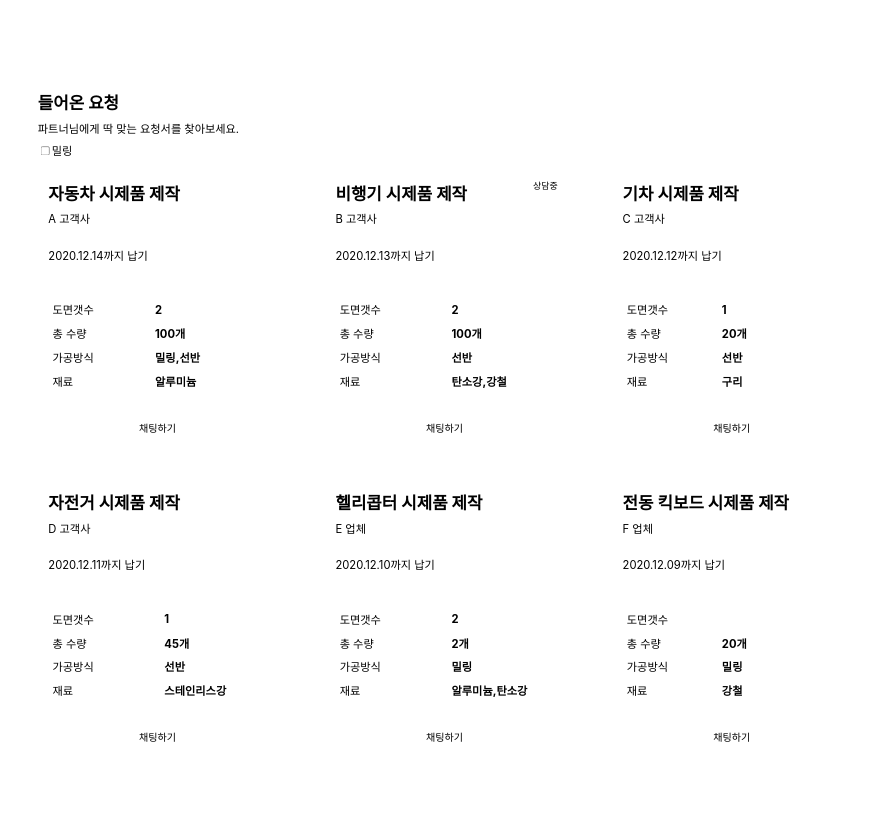
Repository: seoulsaram/capa
Page: /
These files come from the project's save history. The page is drawn as it stood at one moment and after a run of saves; the edit follows.
The browser window is 1280 px wide. The pictures show the part of the page from y = 0 to 1920 px (the page is 1165 px tall before and 2932 px after), at 70% of full size.
The project was rebuilt for these pictures with package versions that can differ from the ones it lists, and the page was loaded fresh each time. Requests to the local data server were answered from the project's data file. Also part of the build but not shown: src/App.css, src/components/filter/filter.module.css.

Above is the page before, as saved 2021-03-06 02:43:20.

After the next 2 saves:
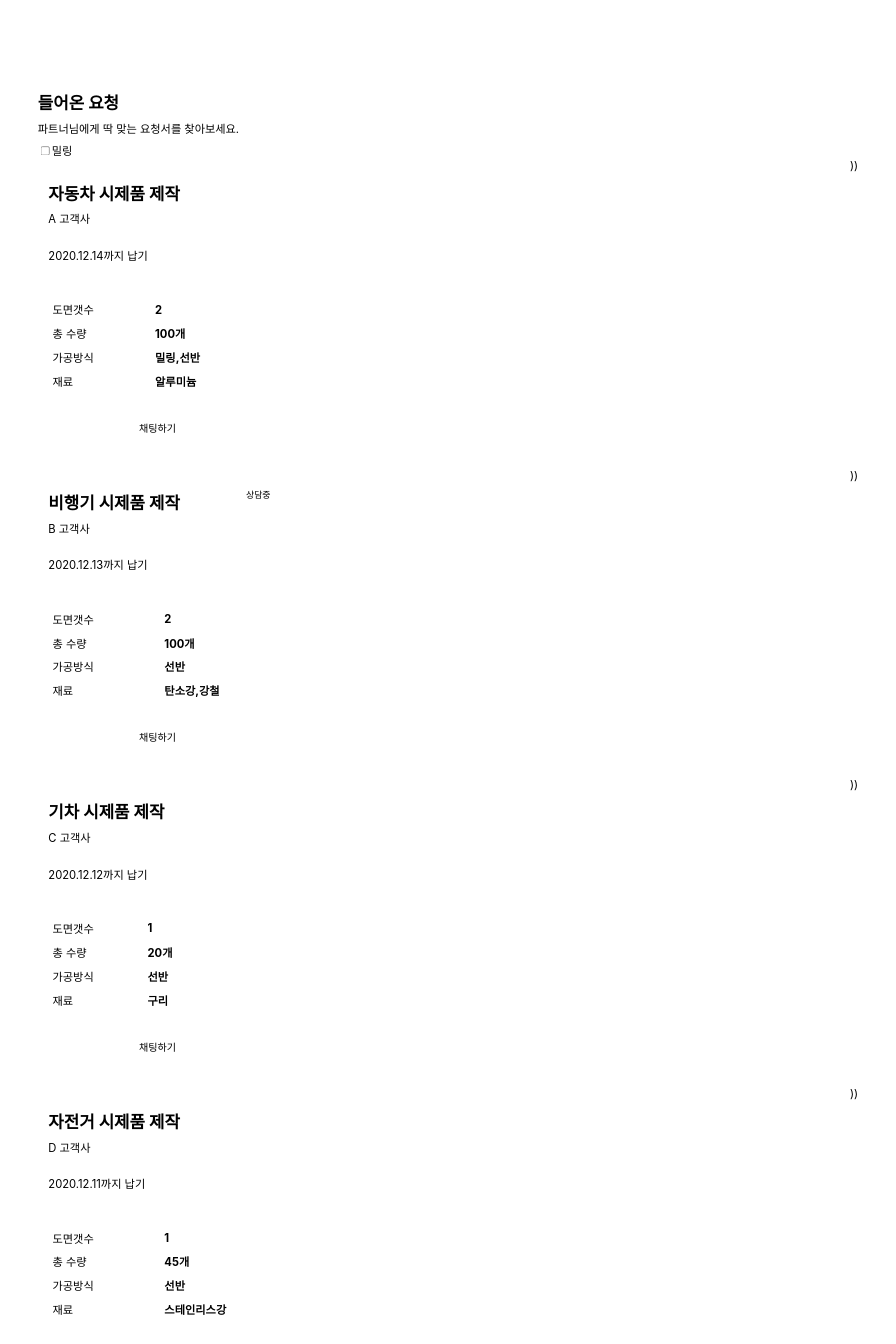
The 2 saves are shown as one change because 1 did not build or start.
The last was saved 51 min 12 s later.
--- a/src/components/item_container/item_container.js
+++ b/src/components/item_container/item_container.js
@@ -15,7 +15,9 @@ const ItemContainer = ({ requestInfo }) => {
       <h2 className={styles.title}>들어온 요청</h2>
       <p className={styles.desc}>파트너님에게 딱 맞는 요청서를 찾아보세요.</p>
       <Filter reqInfo={reqInfo} />
-      <RequestBox reqInfo={reqInfo} />
+      {reqInfo.map((info) => (
+        <RequestBox reqInfo={info} />
+      ))}
     </section>
   );
 };
--- a/src/components/request_box/request_box.jsx
+++ b/src/components/request_box/request_box.jsx
@@ -4,44 +4,43 @@ import styles from "./request_box.module.css";
 const RequestBox = ({ reqInfo }) => {
   return (
     <ul className={styles.cards}>
-      {reqInfo.map((info) => (
-        <div key={info.id} className={styles.card}>
-          <div className={styles.top}>
-            <div className={styles.titleContainer}>
-              <h2>{info.title}</h2>
-              {info.status === "상담중" && <div className={styles.status}>{info.status}</div>}
-            </div>
-            <p className={styles.client}>{info.client}</p>
-            <p className={styles.due}>{info.due}까지 납기</p>
+      <div key={reqInfo.id} className={styles.card}>
+        <div className={styles.top}>
+          <div className={styles.titleContainer}>
+            <h2>{reqInfo.title}</h2>
+            {reqInfo.status === "상담중" && <div className={styles.status}>{reqInfo.status}</div>}
           </div>
-          <div className={styles.line}></div>
-          {/* 테이블 로만들기 */}
-          <table className={styles.bottom}>
-            <tbody className={styles.order}>
-              <tr>
-                <td className={styles.orderTitle}>도면갯수</td>
-                <td className={styles.orderBold}>{info.count}</td>
-              </tr>
-              <tr>
-                <td className={styles.orderTitle}>총 수량</td>
-                <td className={styles.orderBold}>{info.amount}개</td>
-              </tr>
-              <tr>
-                <td className={styles.orderTitle}>가공방식</td>
-                <td className={styles.orderBold}>{info.method.join(",")}</td>
-              </tr>
-              <tr>
-                <td className={styles.orderTitle}>재료</td>
-                <td className={styles.orderBold}>{info.material.join(",")}</td>
-              </tr>
-            </tbody>
-          </table>
-          <div className={styles.btnContainer}>
-            <button className={styles.reqBtn}>요청 내역 보기</button>
-            <button className={styles.chatBtn}>채팅하기</button>
-          </div>
+          <p className={styles.client}>{reqInfo.client}</p>
+          <p className={styles.due}>{reqInfo.due}까지 납기</p>
         </div>
-      ))}
+        <div className={styles.line}></div>
+        {/* 테이블 로만들기 */}
+        <table className={styles.bottom}>
+          <tbody className={styles.order}>
+            <tr>
+              <td className={styles.orderTitle}>도면갯수</td>
+              <td className={styles.orderBold}>{reqInfo.count}</td>
+            </tr>
+            <tr>
+              <td className={styles.orderTitle}>총 수량</td>
+              <td className={styles.orderBold}>{reqInfo.amount}개</td>
+            </tr>
+            <tr>
+              <td className={styles.orderTitle}>가공방식</td>
+              <td className={styles.orderBold}>{reqInfo.method.join(",")}</td>
+            </tr>
+            <tr>
+              <td className={styles.orderTitle}>재료</td>
+              <td className={styles.orderBold}>{reqInfo.material.join(",")}</td>
+            </tr>
+          </tbody>
+        </table>
+        <div className={styles.btnContainer}>
+          <button className={styles.reqBtn}>요청 내역 보기</button>
+          <button className={styles.chatBtn}>채팅하기</button>
+        </div>
+      </div>
+      ))
     </ul>
   );
 };
